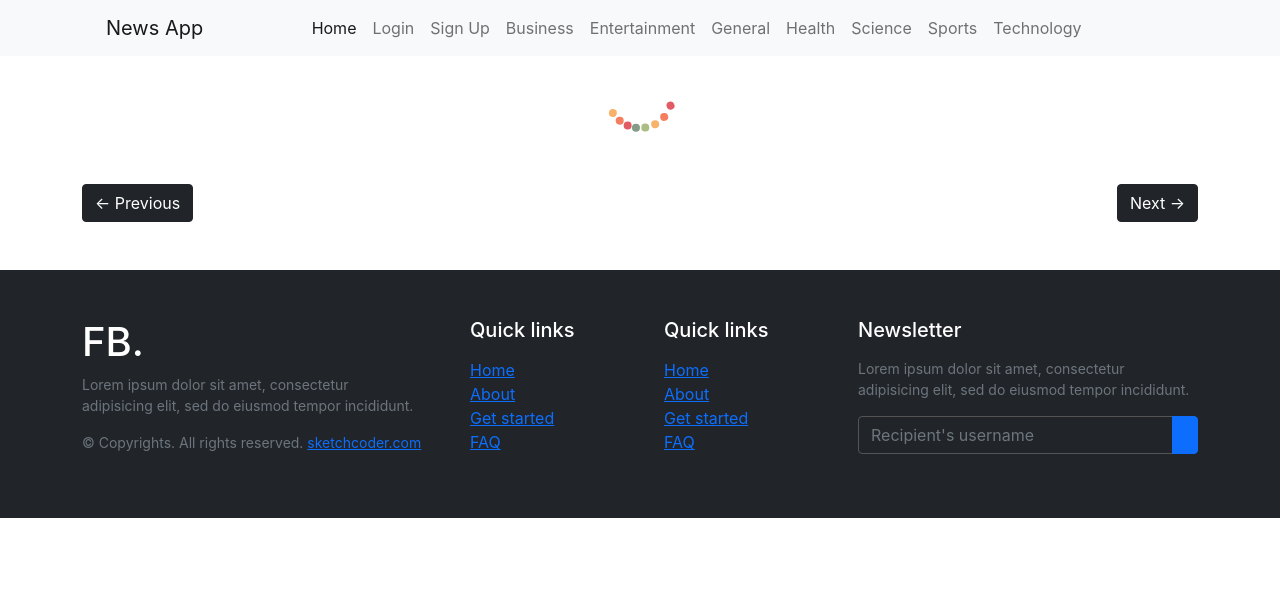
Repository: ZainAkbar51214/News-Site
Page: /
These files come from the project's save history. The page is drawn as it stood at one moment and after the next save; the edit follows.
The browser window is 1280 px wide. The pictures show the whole page.
The page's requests for data from a server got no answer. The project was rebuilt for these pictures with package versions that can differ from the ones it lists, and the page was loaded fresh each time. No one was signed in, and anything a server would have sent is missing. Also part of the build but not shown: src/Components/pages/Login.jsx, src/Components/pages/SignUp.jsx, src/App.css, src/Components/Layouts/NewsItem.js.

Above is the page before, as saved 2023-12-18 04:35:28.

### public/index.html
<!DOCTYPE html>
<html lang="en">
  <head>
    <meta charset="utf-8" />
    <link rel="icon" href="%PUBLIC_URL%/favicon.ico" />
    <meta name="viewport" content="width=device-width, initial-scale=1" />
    <meta name="theme-color" content="#000000" />
    <meta
      name="description"
      content="Web site created using create-react-app"
    />
    <link rel="apple-touch-icon" href="%PUBLIC_URL%/logo192.png" />

    <link rel="manifest" href="%PUBLIC_URL%/manifest.json" />

    <title>News App</title>
    <!-- Bootstrap cdn -->
    <link href="https://cdn.jsdelivr.net/npm/bootstrap@5.0.2/dist/css/bootstrap.min.css" rel="stylesheet" integrity="sha384-EVSTQN3/azprG1Anm3QDgpJLIm9Nao0Yz1ztcQTwFspd3yD65VohhpuuCOmLASjC" crossorigin="anonymous">
  </head>
  <body>
    <noscript>You need to enable JavaScript to run this app.</noscript>
    <div id="root"></div>


    <!-- Bootstrap Script -->
    <script src="https://cdn.jsdelivr.net/npm/@popperjs/core@2.9.2/dist/umd/popper.min.js" integrity="sha384-IQsoLXl5PILFhosVNubq5LC7Qb9DXgDA9i+tQ8Zj3iwWAwPtgFTxbJ8NT4GN1R8p" crossorigin="anonymous"></script>
<script src="https://cdn.jsdelivr.net/npm/bootstrap@5.0.2/dist/js/bootstrap.min.js" integrity="sha384-cVKIPhGWiC2Al4u+LWgxfKTRIcfu0JTxR+EQDz/bgldoEyl4H0zUF0QKbrJ0EcQF" crossorigin="anonymous"></script>
  </body>
</html>

### src/App.js
import React from "react";
import {
  BrowserRouter as Router,
  Switch,
  Route
} from "react-router-dom";
import Navbar from './Components/Header/Navbar';
import Footer from './Components/Footer/Footer';
import Login from "./Components/pages/Login";
import SignUp from "./Components/pages/SignUp";
import News from "./Components/Layouts/News";

function App() {
  return (
    <Router>
      <Navbar />
        <Switch>
          <Route path="/" exact><News key="general" pageSize={5} country="in" category="general" /></Route>
          <Route path="/business" exact><News key="business" pageSize={5} country="in" category="business" /></Route>
          <Route path="/entertainment" exact><News key="entertainment" pageSize={5} country="in" category="entertainment" /></Route>
          <Route path="/health" exact><News key="health" pageSize={5} country="in" category="health" /></Route>
          <Route path="/science" exact><News key="science" pageSize={5} country="in" category="science" /></Route>
          <Route path="/sports" exact><News key="sports" pageSize={5} country="in" category="sports" /></Route>
          <Route path="/technology" exact><News key="technology" pageSize={5} country="in" category="technology" /></Route>
          <Route path="/login">
            <Login />
          </Route>
          <Route path="/sign-up">
            <SignUp />
          </Route>
        </Switch>
      <Footer />
  </Router>
  );
}

export default App;

### src/Components/Header/Navbar.jsx
import React, { Component } from 'react';
import { Link } from 'react-router-dom';

class Navbar extends Component {
    render() {
        return (
            <div>
                <div className="container-fluid bg-light">
                <div className="container">
                    <div className="row">
                        <div className="col-md-12">
                            <nav className="navbar navbar-expand-lg navbar-light">
                                <div className="container-fluid">
                                    <Link className="navbar-brand" to="/">News App</Link>
                                    <button className="navbar-toggler" type="button" data-bs-toggle="collapse" data-bs-target="#navbarSupportedContent" aria-controls="navbarSupportedContent" aria-expanded="false" aria-label="Toggle navigation">
                                        <span className="navbar-toggler-icon"></span>
                                    </button>
                                    <div className="collapse navbar-collapse" id="navbarSupportedContent">
                                        <ul className="navbar-nav mx-auto mb-2 mb-lg-0">
                                            <li className="nav-item">
                                                <Link className="nav-link active" aria-current="page" to="/">Home</Link>
                                            </li>
                                            <li className="nav-item">
                                                <Link className="nav-link" to="/login">Login</Link>
                                            </li>
                                            <li className="nav-item">
                                                <Link className="nav-link" to="/sign-up">Sign Up</Link>
                                            </li>
                                            <li className="nav-item">
                                                <Link className="nav-link" to="/business">Business</Link>
                                            </li>
                                            <li className="nav-item">
                                                <Link className="nav-link" to="/entertainment">Entertainment</Link>
                                            </li>
                                            <li className="nav-item">
                                                <Link className="nav-link" to="/">General</Link>
                                            </li>
                                            <li className="nav-item">
                                                <Link className="nav-link" to="/health">Health</Link>
                                            </li>
                                            <li className="nav-item">
                                                <Link className="nav-link" to="/science">Science</Link>
                                            </li>
                                            <li className="nav-item">
                                                <Link className="nav-link" to="/sports">Sports</Link>
                                            </li>
                                            <li className="nav-item">
                                                <Link className="nav-link" to="/technology">Technology</Link>
                                            </li>
                                        </ul>
                                    </div>
                                </div>
                            </nav>
                        </div>
                    </div>
                </div>
            </div>
            </div>
        );
    }
}

export default Navbar;

### src/Components/Footer/Footer.jsx
import React from "react";
import { Link } from "react-router-dom";
import '../Footer/Footer.css';

const Navbar = () => {
    return (
        <>
            <div className="d-flex flex-column h-100" style={{overflow: 'hidden'}}>
                {/* <!-- FOOTER --> */}
                <footer className="w-100 py-4 flex-shrink-0">
                    <div className="container py-4">
                        <div className="row gy-4 gx-5">
                            <div className="col-lg-4 col-md-6">
                                <h5 className="h1 text-white">FB.</h5>
                                <p className="small text-muted">Lorem ipsum dolor sit amet, consectetur adipisicing elit, sed do eiusmod tempor incididunt.</p>
                                <p className="small text-muted mb-0">&copy; Copyrights. All rights reserved. <Link className="text-primary" to="https://sketchcoder.com" target="_blank">sketchcoder.com</Link></p>
                            </div>
                            <div className="col-lg-2 col-md-6">
                                <h5 className="text-white mb-3">Quick links</h5>
                                <ul className="list-unstyled text-muted">
                                    <li><Link to="#">Home</Link></li>
                                    <li><Link to="#">About</Link></li>
                                    <li><Link to="#">Get started</Link></li>
                                    <li><Link to="#">FAQ</Link></li>
                                </ul>
                            </div>
                            <div className="col-lg-2 col-md-6">
                                <h5 className="text-white mb-3">Quick links</h5>
                                <ul className="list-unstyled text-muted">
                                    <li><Link to="#">Home</Link></li>
                                    <li><Link to="#">About</Link></li>
                                    <li><Link to="#">Get started</Link></li>
                                    <li><Link to="#">FAQ</Link></li>
                                </ul>
                            </div>
                            <div className="col-lg-4 col-md-6">
                                <h5 className="text-white mb-3">Newsletter</h5>
                                <p className="small text-muted">Lorem ipsum dolor sit amet, consectetur adipisicing elit, sed do eiusmod tempor incididunt.</p>
                                <form action="#">
                                    <div className="input-group mb-3">
                                        <input className="form-control" type="text" placeholder="Recipient's username" aria-label="Recipient's username" aria-describedby="button-addon2" />
                                        <button className="btn btn-primary" id="button-addon2" type="button"><i className="fas fa-paper-plane"></i></button>
                                    </div>
                                </form>
                            </div>
                        </div>
                    </div>
                </footer>
            </div>
        </>
    )
}

export default Navbar;

### src/Components/Layouts/News.js
import React, { Component } from 'react';
import NewsItem from './NewsItem';
import Spinner from '../Spinner';
import PropTypes from 'prop-types';

class News extends Component {

    static defaultProps = {
        country: 'in',
        pageSize: 8,
        category: 'general'
      }
    static propTypes = {
        country: PropTypes.string,
        pageSize: PropTypes.number,
        category: PropTypes.string,

      }

    constructor(){
        super();
        this.state = {
            articles: [],
            loading: false,
            page: 1
        }
    }

    async componentDidMount(){
        let url =    `https://newsapi.org/v2/top-headlines?country=${this.props.country}&category=${this.props.category}&apiKey=e5869a5b7afe45f0975749f435cea4b5&page=${this.state.page - 1}&pageSize=${this.props.pageSize}`;
        this.setState({loading: true});
        let data = await fetch(url);
        let passData = await data.json();
        console.log(passData);
        this.setState({
            articles: passData.articles,
            totalResults: passData.totalResults,
            loading: false
        })

    }

    handPrevClick = async () => {
        console.log("prev");
        let url =    `https://newsapi.org/v2/top-headlines?country=${this.props.country}&category=${this.props.category}&apiKey=e5869a5b7afe45f0975749f435cea4b5&page=${this.state.page - 1}&pageSize=${this.props.pageSize}`;
        this.setState({loading: true});
        let data = await fetch(url);
        let passData = await data.json();
        console.log(passData);

        this.setState({
            page: this.state.page - 1,
            articles: passData.articles,
            loading: false
        })
    }
    handNextClick = async () => {
        console.log("Next");
        if(!(this.state.page + 1 > Math.ceil(this.state.totalResults/this.props.pageSize))){

        let url =  `https://newsapi.org/v2/top-headlines?country=${this.props.country}&category=${this.props.category}&apiKey=e5869a5b7afe45f0975749f435cea4b5&page=${this.state.page + 1}&pageSize=${this.props.pageSize}`;
        this.setState({loading: true});
        let data = await fetch(url);
        let passData = await data.json();
        console.log(passData);

        this.setState({
            page: this.state.page + 1,
            articles: passData.articles,
            loading: false
        })
        }
    }



    render() {
        return (
            <div className='container-fluid'>
                <div className='container'>
                    {
                        this.state.loading &&
                        <div className='row'>
                            <div className='col-lg-12 text-center'>
                                <Spinner />
                            </div>
                        </div>
                    }
                    <div className='row'>
                        {!this.state.loading && this.state.articles.map((element) => {
                           return element.urlToImage?<div className='col-lg-4 col-md-6 mt-5' key={element.url}>
                           <NewsItem title={element.title?element.title.slice(0, 45): ""} description={element.description?element.description.slice(0, 86): ""} imageUrl={element.urlToImage} newsUrl={element.url} />
                       </div>
                       :""
                        })}

                    </div>

                   <div className='row'>
                   <div className='col-lg-12 d-flex justify-content-between mt-5 mb-5'>
                        <button disabled={this.state.page<1} type='button' className='btn btn-dark' onClick={this.handPrevClick}>&larr; Previous</button>
                        <button disabled={this.state.page + 1 > Math.ceil(this.state.totalResults/this.props.pageSize)} type='button' className='btn btn-dark' onClick={this.handNextClick}>Next &rarr;</button>
                    </div>
                   </div>
                </div>
            </div>
        );
    }
}

export default News;

### src/Components/Footer/Footer.css
/* ==========================================
    FOR DEMO PURPOSE
  ========================================== */

  .text-small {
    font-size: 0.9rem;
  }

  .form-control {
    background: #212529;
    border-color: #545454;
  }

  .form-control:focus {
    background: #212529;
  }

  footer {
    background: #212529;
  }

### src/Components/Spinner.jsx
import React, { Component } from 'react';
import loading from '../img/index.svg';

class Spinner extends Component {
    render() {
        return (
            <div>
                <img src={loading} alt="loading" />
            </div>
        );
    }
}

export default Spinner;

Loaded but not shown: src/index.js (common file); src/index.css (common file); src/reportWebVitals.js (common file)

After the next save:
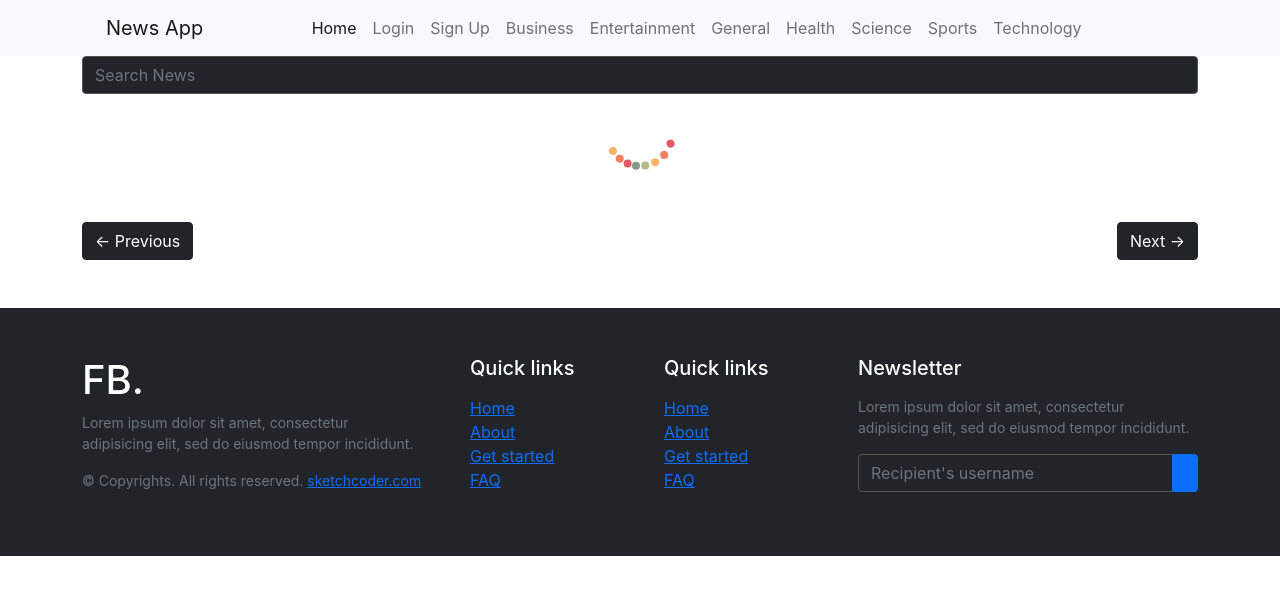
Saved 2 min 6 s later.
--- a/src/Components/Layouts/News.js
+++ b/src/Components/Layouts/News.js
@@ -78,6 +78,11 @@ class News extends Component {
         return (
             <div className='container-fluid'>
                 <div className='container'>
+                    <div className='row'>
+                        <div className='col-lg-12'>
+                            <input type='search' placeholder='Search News' className='form-control' />
+                        </div>
+                    </div>
                     {
                         this.state.loading &&
                         <div className='row'>
